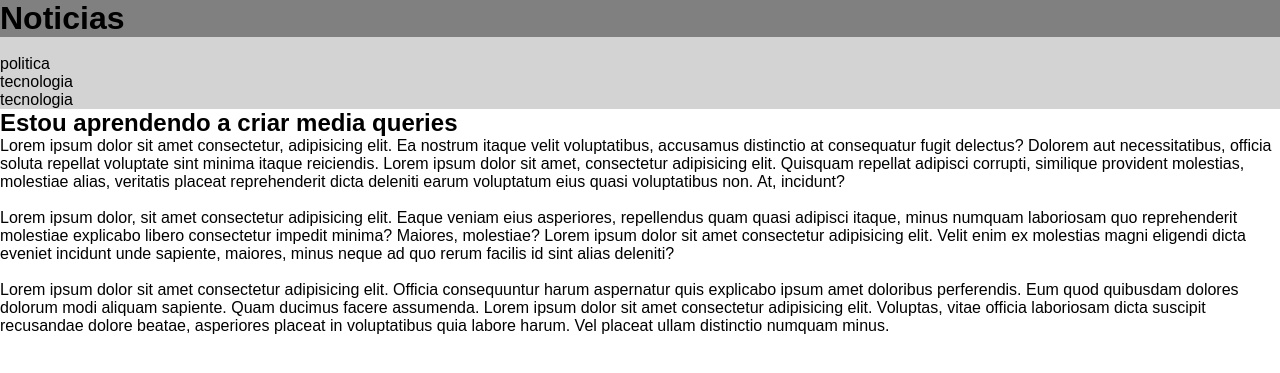
Repository: Lucianorodriguesdev/cursoHTML-CSS
Page: ex026/mq001/index.html
An editor plug-in stored every save of this project. The page is shown before and after the next save, followed by the edit.
The browser window is 1280 px wide. The pictures show the whole page.

Above is the page before, as saved 2026-07-13 17:15:22.

### ex026/mq001/index.html
<!DOCTYPE html>
<html lang="en">
<head>
    <meta charset="UTF-8">
    <meta name="viewport" content="width=device-width, initial-scale=1.0">
    <link rel="stylesheet" href="estilo/tela.css" media="screen"> <!--Se quisesse aplicar para todos ao inves de screen seria "all"-->
    <link rel="stylesheet" href="estilo/impressao.css" media="print">
    <title>Media Queries</title>
</head>
<body>
    <header>
        <h1>Noticias</h1>
        <menu>
            <ul>
                <li></li>
                <li>politica</li>
                <li>tecnologia</li>
                <li>tecnologia</li>
            </ul>
        </menu>

    </header>
    <main>
        <article>
            <h2>Estou aprendendo a criar media queries</h2>
            <p>Lorem ipsum dolor sit amet consectetur, adipisicing elit. Ea nostrum itaque velit voluptatibus, accusamus distinctio at consequatur fugit delectus? Dolorem aut necessitatibus, officia soluta repellat voluptate sint minima itaque reiciendis. Lorem ipsum dolor sit amet, consectetur adipisicing elit. Quisquam repellat adipisci corrupti, similique provident molestias, molestiae alias, veritatis placeat reprehenderit dicta deleniti earum voluptatum eius quasi voluptatibus non. At, incidunt?</p>
            <br>
            <p>Lorem ipsum dolor, sit amet consectetur adipisicing elit. Eaque veniam eius asperiores, repellendus quam quasi adipisci itaque, minus numquam laboriosam quo reprehenderit molestiae explicabo libero consectetur impedit minima? Maiores, molestiae?
                Lorem ipsum dolor sit amet consectetur adipisicing elit. Velit enim ex molestias magni eligendi dicta eveniet incidunt unde sapiente, maiores, minus neque ad quo rerum facilis id sint alias deleniti?
            </p>
            <br>
            <p>
                Lorem ipsum dolor sit amet consectetur adipisicing elit. Officia consequuntur harum aspernatur quis explicabo ipsum amet doloribus perferendis. Eum quod quibusdam dolores dolorum modi aliquam sapiente. Quam ducimus facere assumenda. Lorem ipsum dolor sit amet consectetur adipisicing elit. Voluptas, vitae officia laboriosam dicta suscipit recusandae dolore beatae, asperiores placeat in voluptatibus quia labore harum. Vel placeat ullam distinctio numquam minus.

            </p>
        </article>
    </main>
</body>
</html>

### ex026/mq001/estilo/tela.css
@charset "UTF-8";

/* Estilo para telas */
*{
    margin: 0px;
    padding: 0px;
}
html{
    font-family: Arial, Helvetica, sans-serif;
    font-size: 1em;
}
header{
    background-color: lightgray;
}
header h1{
    background-color: grey;
}

### ex026/mq001/estilo/impressao.css
@charset "UTF-8";

/* Estilo para impressao */
*{
    margin: 10px;
    padding: 10px;
}
html{
    font-family: 'Courier New', Courier, monospace;
    font-size: 1.5em;
    line-height: 1.5em;
}
menu{
    display: none;
}
article::after{
    content: 'Esse artigo foi impresso atraves do site www.cursoemvideo.com';
}

After the next save:
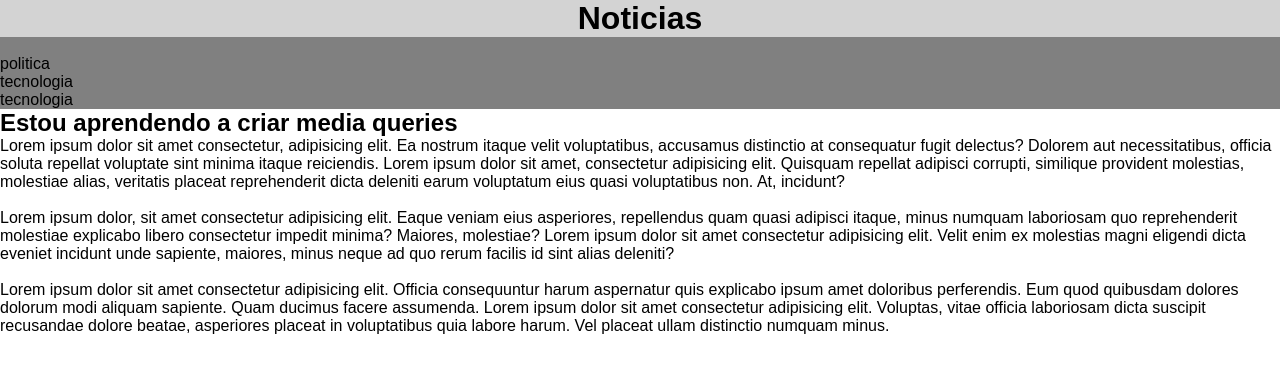
Saved 28 s later.
--- a/ex026/mq001/estilo/tela.css
+++ b/ex026/mq001/estilo/tela.css
@@ -13,5 +13,8 @@ header{
     background-color: lightgray;
 }
 header h1{
+    text-align: center;
+}
+menu li{
     background-color: grey;
 }
